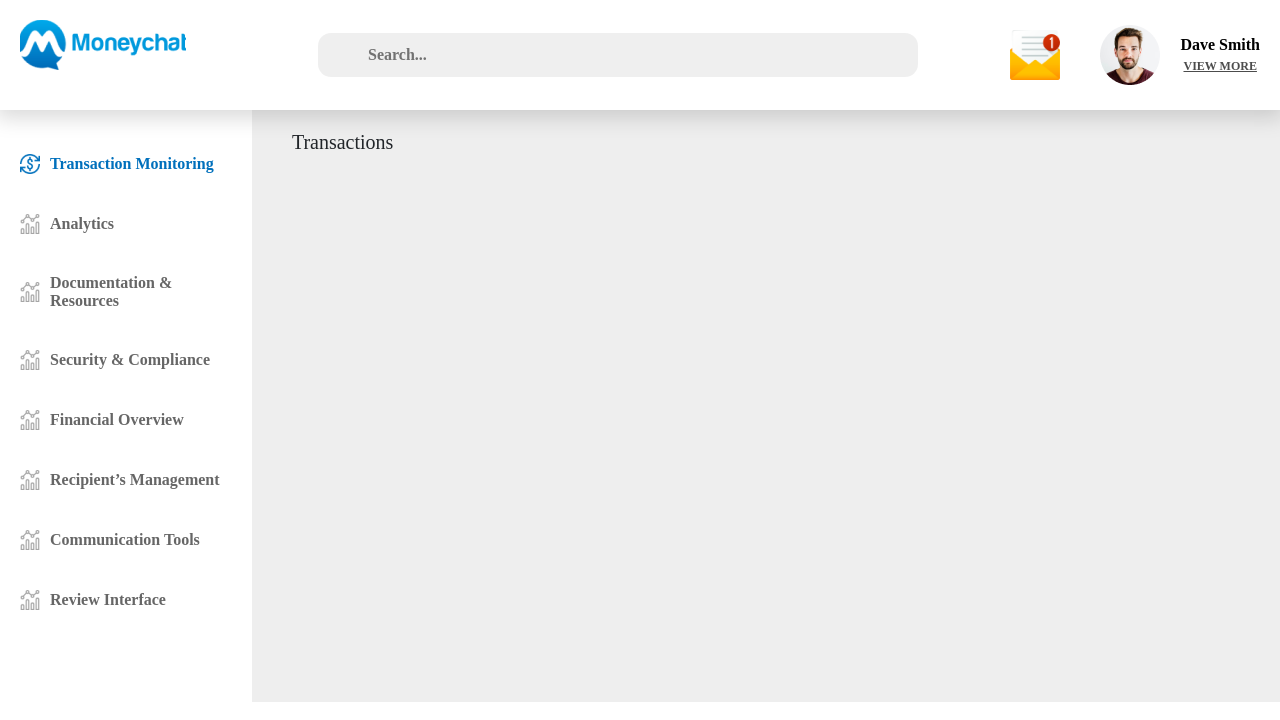
Repository: FlyweisReact/Money-Chat
Page: /transaction
The author's editor kept a copy of each file at every save. The page is drawn from the files as they stood at one save, then again after the next save.
The browser window is 1280 px wide. The pictures show the whole page.
The project was rebuilt for these pictures with package versions that can differ from the ones it lists, and the page was loaded fresh each time. Also part of the build but not shown: src/forms/ForgetPassword.js, src/forms/Login.jsx, src/forms/NeedHelp.js, src/forms/Regestration.js, src/forms/Verify.js.

Above is the page before, as saved 2023-11-30 15:26:12.

### src/index.js
import React from "react";
import ReactDOM from "react-dom/client";
import "./index.css";
import App from "./App";
import { BrowserRouter } from "react-router-dom";
import 'bootstrap/dist/css/bootstrap.min.css'
// Commit Changes
const root = ReactDOM.createRoot(document.getElementById("root"));
root.render(
  <React.StrictMode>
    <BrowserRouter>
      <App />
    </BrowserRouter>
  </React.StrictMode>
);

### src/CSS/style.css
/** @format */

.Login_screen {
  background: linear-gradient(
      0deg,
      rgba(238, 238, 238, 0.2) 0%,
      rgba(238, 238, 238, 0.2) 100%
    ),
    #fff;
  display: flex;
  flex-direction: column;
  justify-content: center;
  align-items: center;
  width: 100%;
  height: 100vh;
}
.Login_screen .Login_Container {
  max-width: 667px;
  max-height: 785px;
  width: 100%;
  height: 100%;
  border-radius: 13px;
  background: #fff;
  box-shadow: 0px 10px 30px 3px rgba(0, 0, 0, 0.15);
  padding: 20px;
  padding-bottom: 50px;
}
.Login_screen .Login_Container .logo {
  display: block;
  margin: auto;
  width: 166px;
  margin-top: 40px;
}
.Login_screen .Login_Container .description {
  margin-top: 40px;
}
.Login_screen .Login_Container .description h6 {
  color: #000;
  text-align: center;
  font-size: 32px;
  font-style: normal;
  font-weight: 700;
  line-height: normal;
}

.Login_screen .Login_Container .description p {
  color: rgba(0, 0, 0, 0.7);
  text-align: center;
  font-size: 20px;
  font-style: normal;
  font-weight: 400;
  line-height: normal;
}

.Login_Container .input_container {
  margin-bottom: 50px;
}
.Login_Container .input_container.special {
  max-height: 300px;
  padding-bottom: 50px;
  overflow-y: scroll;
}
.Login_Container .input_group {
  display: flex;
  gap: 10px;
  align-items: center;
  border-radius: 13px;
  background: rgba(238, 238, 238, 0.2);
  box-shadow: 0px 6px 20px 2px rgba(0, 0, 0, 0.15);
  padding: 15px;
  width: 80%;
  margin: auto;
}
.Login_Container .input_group img {
  width: 20px;
}
.Login_Container .input_group input {
  outline: none;
  border: none;
  color: #0070bc;
  font-size: 16px;
  font-style: normal;
  font-weight: 500;
  line-height: normal;
  font-weight: 600;
  width: 80%;
}
.Login_Container .input_group input.without_color {
  color: rgba(0, 0, 0, 0.7);
}
.Login_Container .input_group input.without_color::placeholder {
  color: rgba(0, 0, 0, 0.7);
}
.Login_Container .input_group input::placeholder {
  color: #0070bc;
  font-weight: 600;
}

.Login_Container .login_btn {
  max-width: 250px;
  width: 100%;
  display: block;
  margin: auto;
  margin-top: 40px;
  color: #fff;
  text-align: center;
  font-size: 18px;
  font-style: normal;
  font-weight: 600;
  line-height: normal;
  border-radius: 10px;
  background: linear-gradient(180deg, #fea82f 0%, #fd575b 100%);
  padding: 15px;
}

.Login_Container .create_new {
  display: flex;
  justify-content: center;
  gap: 20px;
  align-items: center;
  margin-top: 50px;
}

.Login_Container .create_new .item {
  display: flex;
  gap: 10px;
  align-items: center;
  width: 300px;
  justify-content: center;
}
.Login_Container .create_new .item img {
  width: 20px;
}
.Login_Container .create_new .item span {
  color: rgba(0, 0, 0, 0.7);
  text-align: center;
  font-size: 16px;
  font-style: normal;
  font-weight: 600;
  line-height: normal;
}

.Login_Container .create_new .item:first-child {
  border-right: 2px solid #000;
  padding-right: 10px;
}

.Login_Container a {
  text-decoration: none;
}

.Login_Container .button_container {
  display: flex;
  justify-content: space-between;
  align-items: center;
  gap: 20px;
}
.Login_Container .button_container button {
  max-width: 250px;
  width: 100%;
  display: block;
  margin: auto;
  color: #fff;
  text-align: center;
  font-size: 18px;
  font-style: normal;
  font-weight: 600;
  line-height: normal;
  border-radius: 10px;
  background: linear-gradient(180deg, #fea82f 0%, #fd575b 100%);
  padding: 15px;
}

.Login_Container .button_container .cancel {
  max-width: 250px;
  width: 100%;
  display: flex;
  gap: 10px;
  align-items: center;
}
.Login_Container .button_container .cancel a {
  font-size: 18px;
  font-style: normal;
  font-weight: 700;
  line-height: normal;
  text-decoration-line: underline;
  background: linear-gradient(180deg, #fea82f 0%, #fd575b 100%);
  background-clip: text;
  -webkit-background-clip: text;
  -webkit-text-fill-color: transparent;
}
.Login_Container .button_container .cancel img {
  width: 30px;
}

.Login_Container .progress_bar {
  border-radius: 10px;
  background: rgba(196, 196, 196, 0.4);
  width: 100%;
  height: 16px;
  margin-top: 40px;
}

.Login_Container .progress_bar .colored {
  width: 33%;
  border-radius: 10px;
  background: linear-gradient(90deg, #fea82f 0%, #fd575b 100%);
  height: 100%;
}
.Login_Container .progress_bar .second_stage {
  width: 80%;
  border-radius: 10px;
  background: linear-gradient(90deg, #fea82f 0%, #fd575b 100%);
  height: 100%;
}

.Login_Container .input_container .heading {
  color: #0070bc;
  font-size: 20px;
  font-style: normal;
  font-weight: 700;
  line-height: normal;
  padding: 20px;
  padding-bottom: 0;
  margin-top: 20px;
}

.Login_Container .whole_button_container {
  border-radius: 13px;
  background: rgba(238, 238, 238, 0.2);
  box-shadow: 0px 6px 20px 2px rgba(0, 0, 0, 0.15);
  width: 90%;
  margin: auto;
  display: flex;
  align-items: center;
  justify-content: space-between;
  padding-left: 20px;
  padding-right: 20px;
  padding: 10px;
  margin-top: 10px;
}

.Login_Container .whole_button_container p {
  margin: 0;
  color: rgba(0, 0, 0, 0.7);
  font-size: 16px;
  font-style: normal;
  font-weight: 600;
  line-height: normal;
}

.Login_Container .whole_button_container button {
  border-radius: 13px;
  background: rgba(0, 170, 234, 0.5);
  width: 200px;
  padding: 10px;
  color: #fff;
  text-align: center;
  font-size: 16px;
  font-style: normal;
  font-weight: 600;
  line-height: normal;
  display: flex;
  justify-content: center;
  align-items: center;
  gap: 20px;
}

.Login_Container .whole_button_container button.img {
  width: 20px;
}

.verify {
  background: #f0f6f5;
  width: 100%;
  height: 100vh;
}
.verify img {
  width: 800px;
  display: block;
  margin: auto;
}
.verify .colored {
  color: rgba(0, 0, 0, 0.7);
  text-align: center;
  font-size: 32px;
  font-style: normal;
  font-weight: 500;
  line-height: normal;
}
.verify p {
  color: rgba(0, 0, 0, 0.6);
  text-align: center;
  font-size: 24px;
  font-style: normal;
  font-weight: 400;
  line-height: normal;
}

.Login_Container .Drop_Links {
  padding: 20px;
}

.Login_Container .Drop_Links div {
  border-bottom: 1px solid rgba(0, 0, 0, 0.6);
  padding: 20px;
  display: flex;
  justify-content: space-between;
  align-items: center;
  cursor: pointer;
  margin-top: 20px;
}
.Login_Container .Drop_Links div span {
  color: rgba(0, 0, 0, 0.6);
  font-size: 16px;
  font-style: normal;
  font-weight: 600;
  line-height: normal;
}
.Login_Container .Drop_Links div i {
  font-size: 18px;
  color: #fea82f;
}

/* Navbar */
.Navbar {
  background: #fff;
  box-shadow: 0px 4px 20px 4px rgba(0, 0, 0, 0.15);
  display: flex;
  justify-content: space-between;
  align-items: center;
  gap: 20px;
  padding: 20px;
  width: 100%;
  position: relative;
  z-index: 2;
}
.Navbar .logo {
  width: 206px;
}

.Navbar .search_bar {
  border-radius: 13px;
  background: rgba(238, 238, 238, 0.93);
  max-width: 600px;
  width: 100%;
  padding: 10px;
  display: flex;
  gap: 20px;
  align-items: center;
  padding-left: 30px;
}

.Navbar .search_bar input {
  background-color: transparent;
  outline: none;
  width: 90%;
  font-size: 16px;
  font-weight: 600;
}

.Navbar .search_bar input::placeholder {
  color: rgba(30, 30, 30, 0.6);
  font-weight: 600;
}

.Navbar .side_div {
  display: flex;
  align-items: center;
  gap: 20px;
  justify-content: space-between;
  max-width: 250px;
  width: 100%;
}

.Navbar .side_div .notify {
  max-width: 50px;
  width: 100%;
}
.Navbar .side_div .content {
  display: flex;
  align-items: center;
  gap: 20px;
}
.Navbar .side_div .content div {
  display: flex;
  flex-direction: column;
  gap: 5px;
  justify-content: center;
  align-items: center;
}
.Navbar .side_div .content div p {
  margin: 0;
  color: #000;
  font-size: 16px;
  font-style: normal;
  font-weight: 600;
  line-height: normal;
}

.Navbar .side_div .content div a {
  color: rgba(0, 0, 0, 0.7);
  font-size: 12px;
  font-style: normal;
  font-weight: 600;
  text-decoration: underline;
  line-height: normal;
}

/* ---- */
.component_style {
  display: flex;
  gap: 20px;
  background: #eee;
}
.sidebar {
  background-color: #fff;
  width: 20%;
}

.sidebar ul {
  display: flex;
  gap: 40px;
  flex-direction: column;
  padding: 20px;
}
.sidebar ul li {
  display: flex;
  align-items: center;
  gap: 10px;
}
.sidebar ul li span.link {
  color: rgba(0, 0, 0, 0.6);
  font-size: 16px;
  font-style: normal;
  font-weight: 600;
  line-height: normal;
}

.sidebar ul li img {
  width: 20px;
}
.sidebar ul a {
  text-decoration: none;
}
.sidebar ul a.active li span.link {
  color: #0070bc;
}

.child_component {
  width: 80%;
  padding: 20px;
  height: 100%;
}

### src/pages/Transaction/Transaction.js
/** @format */

import HOC from "../../layout/HOC";

const Transaction = () => {
  return (
    <>
      <section>
        <div className="heading">
          <h5>Transactions</h5>

        </div>
      </section>
    </>
  );
};

export default HOC(Transaction);

### src/layout/HOC.jsx
/** @format */

import React, { useState } from "react";
import Navbar from "./Navbar";
import Sidebar from "./Sidebar";

const HOC = (Wcomponenet) => {
  return function Component() {
    const [hamb, setHamb] = useState(false);
    return (
      <>
        <div style={{ backgroundColor: "#f2f3f8" }}>
          <Navbar hamb={hamb} setHamb={setHamb} />
        </div>

        <section className="component_style">
          <Sidebar hamb={hamb} setHamb={setHamb} />
          <div
            className="h-[87%] child_component"
            style={{ overflowY: "auto" }}
          >
            {" "}
            <Wcomponenet />
          </div>
        </section>
      </>
    );
  };
};

export default HOC;

### src/layout/Navbar.jsx
/** @format */
import logo from "../Images/logo.png";

const Navbar = () => {
  return (
    <>
      <div className="Navbar">
        <div className="logo">
          <img src={logo} alt="" />
        </div>

        <div className="search_bar">
          <i className="fa-solid fa-magnifying-glass"></i>
          <input type="search" placeholder="Search..." />
        </div>

        <div className="side_div">
          <img src="./Image/13.png" alt="" className="notify" />

          <div className="content">
            <img src="./Image/12.png" alt="" />
            <div>
              <p className="head">Dave Smith</p>
              <a>VIEW MORE </a>
            </div>
          </div>

        </div>


      </div>
    </>
  );
};

export default Navbar;

### src/layout/Sidebar.jsx
/** @format */

import React from "react";
import { Link, useLocation, useNavigate } from "react-router-dom";
import { toast } from "react-toastify";

const Sidebar = () => {
  const navigate = useNavigate();
  const location = useLocation();

  const nav = [
    {
      img: "./Image/14.svg",
      activeImg: "./Image/Monitoring.svg",
      link: "/transaction",
      name: "Transaction Monitoring",
    },
    {
      img: "./Image/Analytics.svg",
      activeImg: "./Image/Analyticsactive.svg",
      link: "/Product",
      name: "Analytics ",
    },

    {
      img: "./Image/Analytics.svg",
      activeImg: "./Image/Analyticsactive.svg",
      link: "/service",
      name: "Documentation & Resources",
    },
    {
      img: "./Image/Analytics.svg",
      activeImg: "./Image/Analyticsactive.svg",
      link: "/gallery",
      name: "Security & Compliance",
    },
    {
      img: "./Image/Analytics.svg",
      activeImg: "./Image/Analyticsactive.svg",
      link: "/getblog",
      name: "Financial Overview",
    },
    {
      img: "./Image/Analytics.svg",
      activeImg: "./Image/Analyticsactive.svg",
      link: "/privacy-policy",
      name: "Recipient’s Management",
    },
    {
      img: "./Image/Analytics.svg",
      activeImg: "./Image/Analyticsactive.svg",
      link: "/terms",
      name: "Communication Tools",
    },
    {
      img: "./Image/Analytics.svg",
      activeImg: "./Image/Analyticsactive.svg",
      link: "/brand",
      name: "Review Interface",
    },
  ];

  const logOut = () => {
    localStorage.clear();
    navigate("/");
    toast.success("Logged Out");
  };

  function ImgFinder(i) {
    if (i.link === location.pathname) {
      return i.activeImg;
    } else {
      return i.img;
    }
  }

  return (
    <>
      <aside className="sidebar">
        <nav className="py-6">
          <ul>
            {nav.map((nav) => {
              return (
                <Link
                  to={nav.link}
                  key={nav.name}
                  className={`Links ${
                    nav.link === location.pathname ? "active" : ""
                  }`}
                >
                  <li>
                    <img src={ImgFinder(nav)} alt="" />
                    <span className="link"> {nav.name}</span>
                  </li>
                </Link>
              );
            })}
          </ul>

          <span
            className="flex my-3 items-center cursor-pointer text-gray-900    tracking-wider p-2 rounded-sm"
            onClick={() => logOut()}
            style={{ color: "#FFF", textTransform: "uppercase" }}
          ></span>
        </nav>
      </aside>
    </>
  );
};

export default Sidebar;

Loaded but not shown: tailwind.config.js (common file); src/App.js (46 lines, source omitted); src/index.css (919 lines, source omitted)

After the next save:
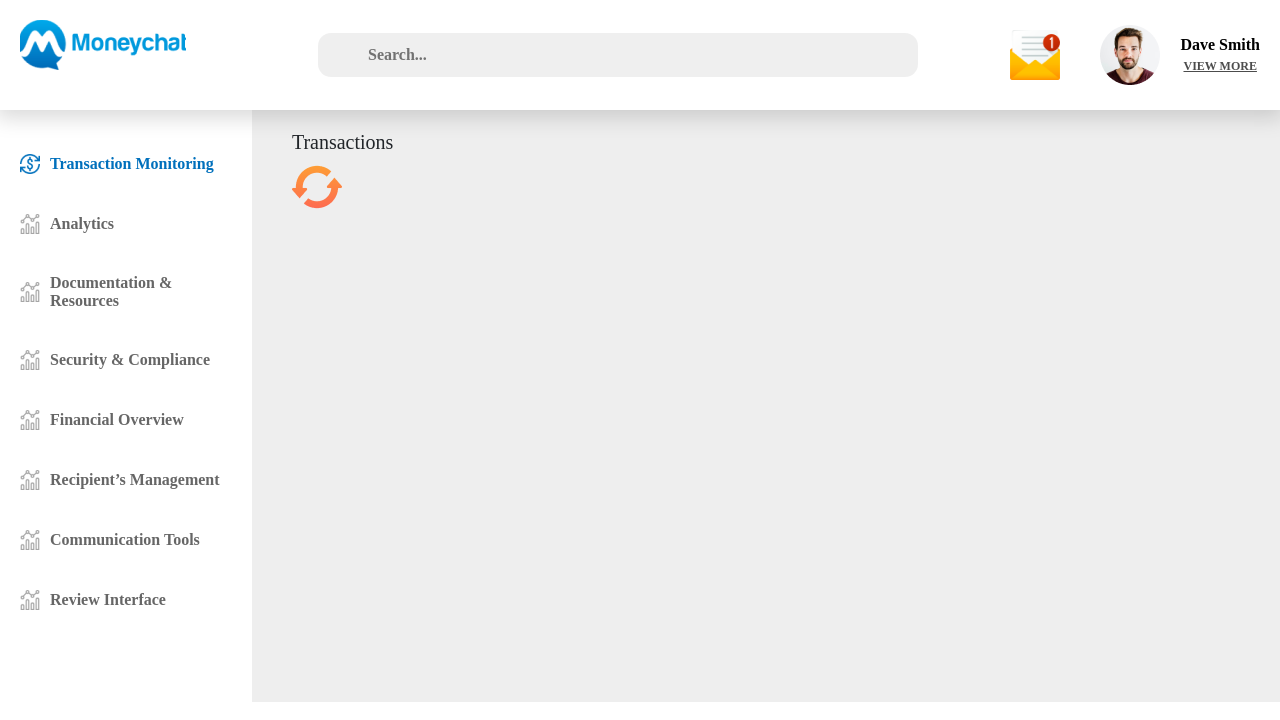
Saved 32 s later.
--- a/src/pages/Transaction/Transaction.js
+++ b/src/pages/Transaction/Transaction.js
@@ -8,7 +8,7 @@
       <section>
         <div className="heading">
           <h5>Transactions</h5>
-
+          <img src='./Image/15.png' alt='' />
         </div>
       </section>
     </>

After the save that followed:
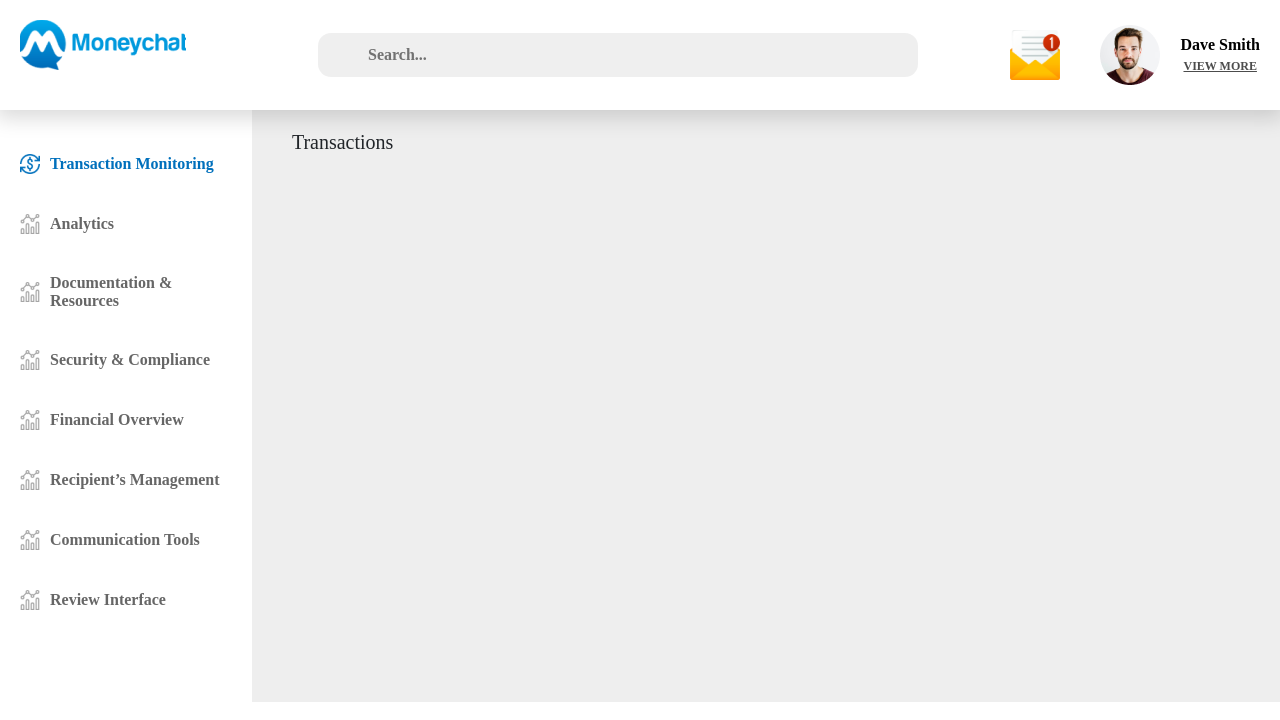
Saved 25 s later.
--- a/src/pages/Transaction/Transaction.js
+++ b/src/pages/Transaction/Transaction.js
@@ -8,7 +8,7 @@
       <section>
         <div className="heading">
           <h5>Transactions</h5>
-          <img src='./Image/15.png' alt='' />
+
         </div>
       </section>
     </>
